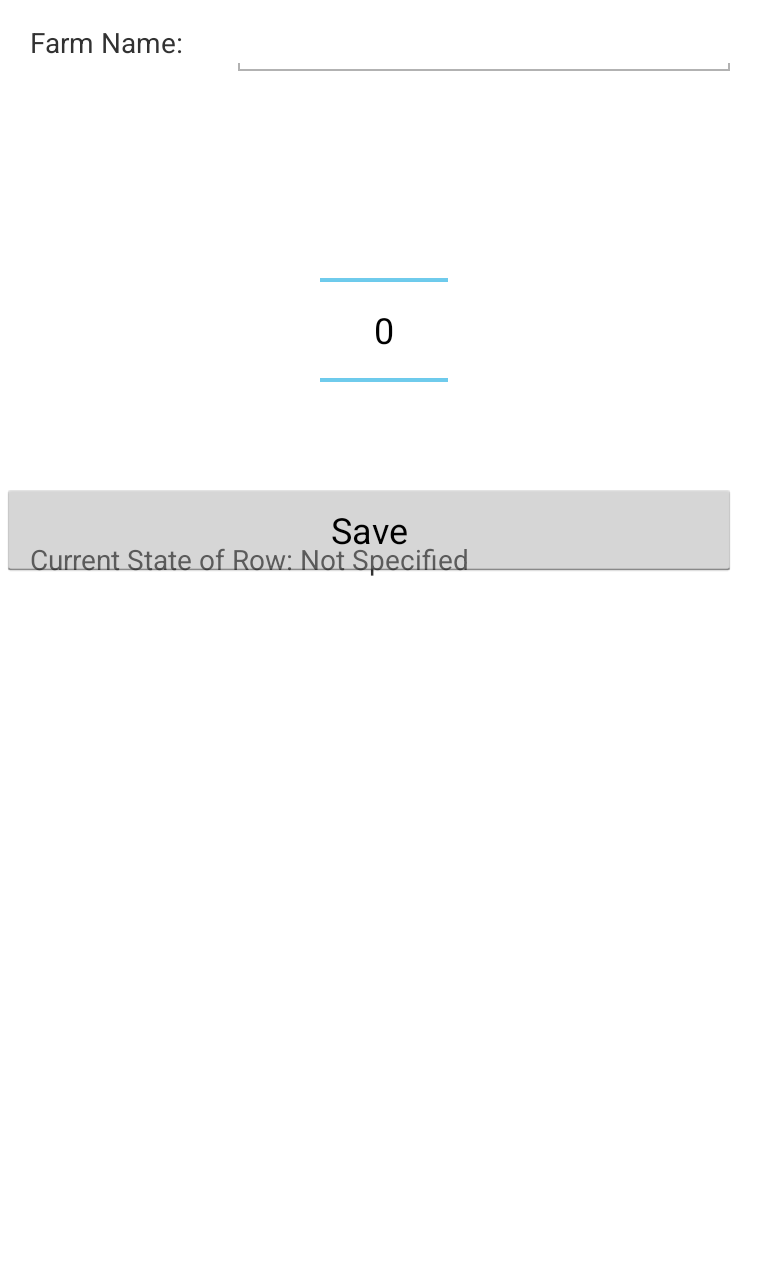
Repository: cokembel/FarmHand
Layout: FarmHand/res/layout/activity_main.xml
The author's editor kept a copy of each file at every save. The layout is drawn from the files as they stood at one save, then again after the next save.
It is drawn on a 768 x 1280 px phone screen (xhdpi) without system bars, with theme AppTheme; the app's code is not run.

Above is the layout before, as saved 2012-12-10 09:22:55.

After the next save:
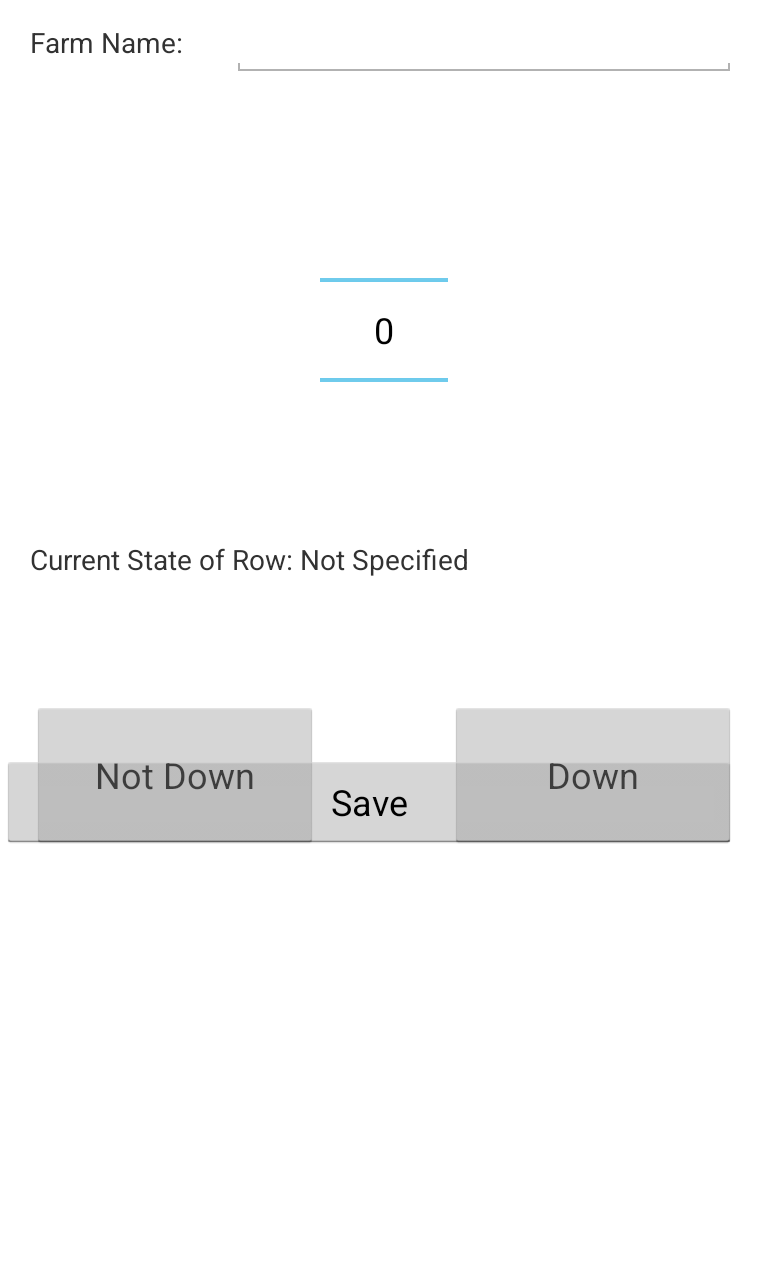
Saved 14 s later.
--- a/FarmHand/res/layout/activity_main.xml
+++ b/FarmHand/res/layout/activity_main.xml
@@ -43,7 +43,6 @@
                 android:layout_height="75dp"
                 android:layout_alignLeft="@id/farm_label"
                 android:layout_marginTop="350dp"
-                android:layout_above="@+id/save"
                 android:layout_toLeftOf="@+id/row_number"
                 android:gravity="center"
                 android:text="Not Down" />

After the save that followed:
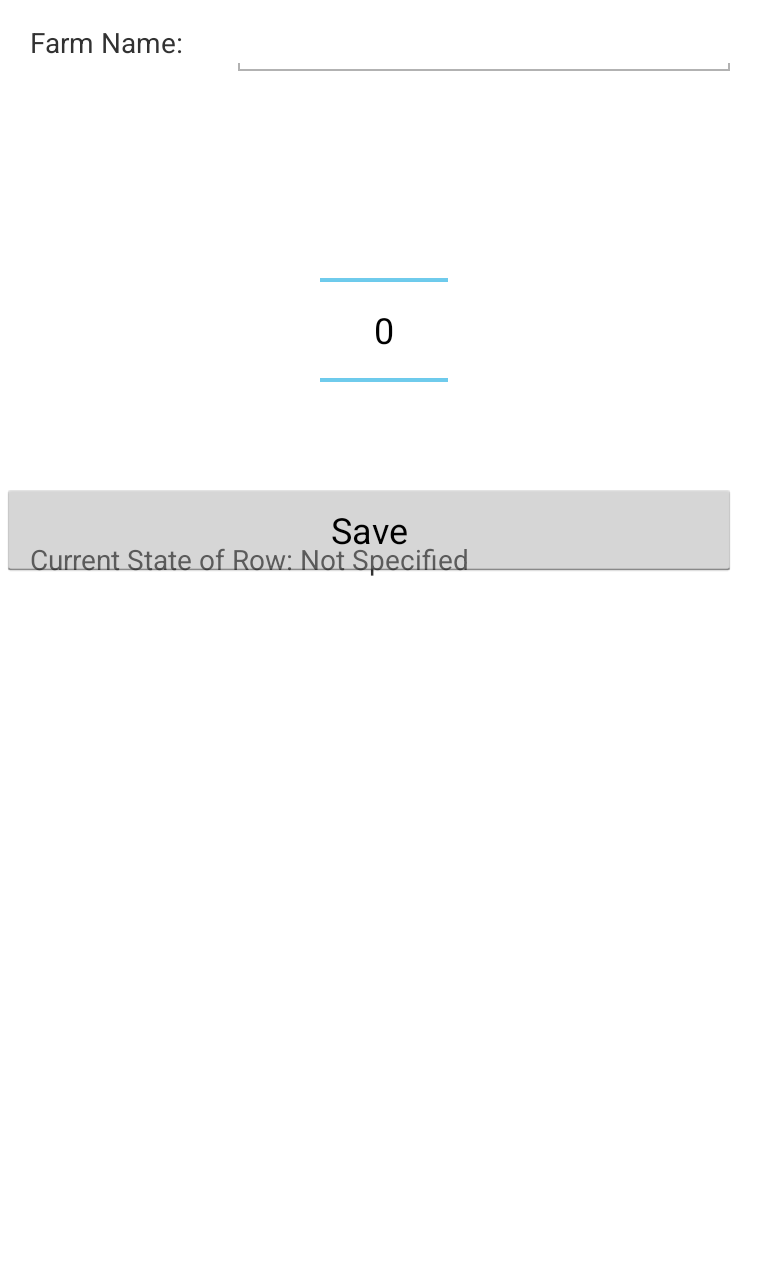
Saved 14 s later.
--- a/FarmHand/res/layout/activity_main.xml
+++ b/FarmHand/res/layout/activity_main.xml
@@ -42,7 +42,8 @@
                 android:layout_width="wrap_content"
                 android:layout_height="75dp"
                 android:layout_alignLeft="@id/farm_label"
-                android:layout_marginTop="350dp"
+                                android:layout_above="@+id/save"
+
                 android:layout_toLeftOf="@+id/row_number"
                 android:gravity="center"
                 android:text="Not Down" />
